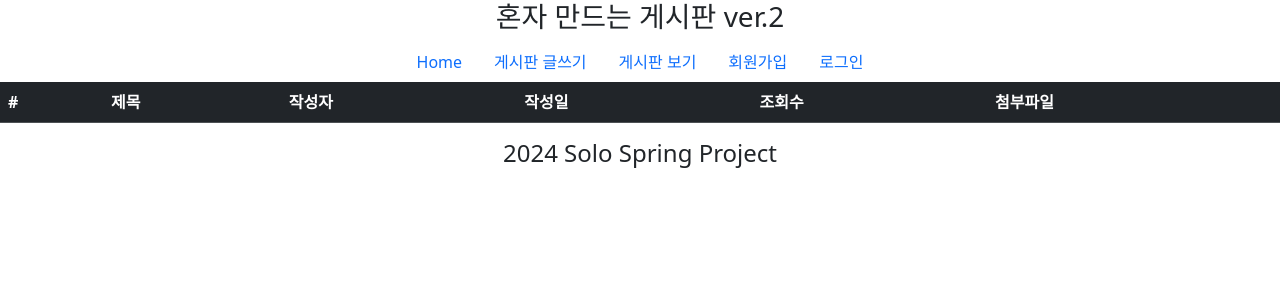
Repository: nefer2/Spring_test
Page: http://localhost/spring_test7/WEB-INF/views/board/list.jsp
These files come from the project's save history. The page is drawn as it stood at one moment and after the next save; the edit follows.
The browser window is 1280 px wide. The pictures show the whole page.
The page is served by Tomcat 9. Nobody is signed in. The template is opened directly, without the code that normally fills it, so the values that code supplies are empty.

Above is the page before, as saved 2024-01-17 23:53:02.

After the next save:
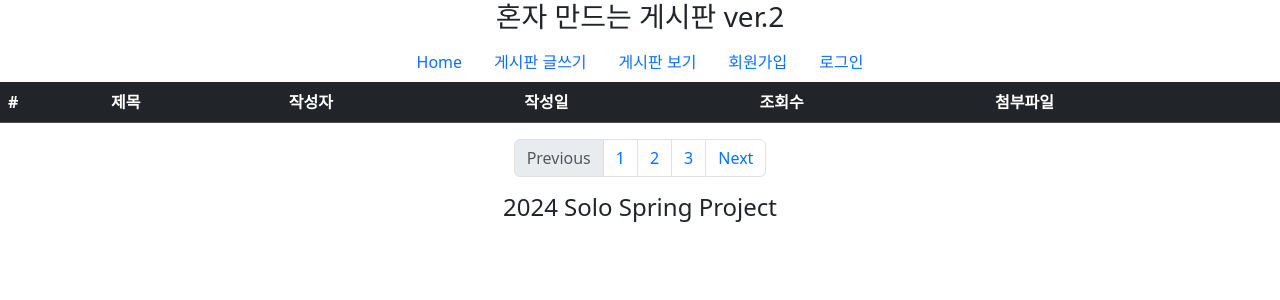
Saved 37 s later.
--- a/spring_test7/src/main/webapp/WEB-INF/views/board/list.jsp
+++ b/spring_test7/src/main/webapp/WEB-INF/views/board/list.jsp
@@ -40,6 +40,19 @@
 
 <!-- 페이징 라인 처리 -->
 
+<nav aria-label="Page navigation example">
+  <ul class="pagination justify-content-center">
+    <li class="page-item disabled">
+      <a class="page-link">Previous</a>
+    </li>
+    <li class="page-item"><a class="page-link" href="#">1</a></li>
+    <li class="page-item"><a class="page-link" href="#">2</a></li>
+    <li class="page-item"><a class="page-link" href="#">3</a></li>
+    <li class="page-item">
+      <a class="page-link" href="#">Next</a>
+    </li>
+  </ul>
+</nav>
 
 
 
